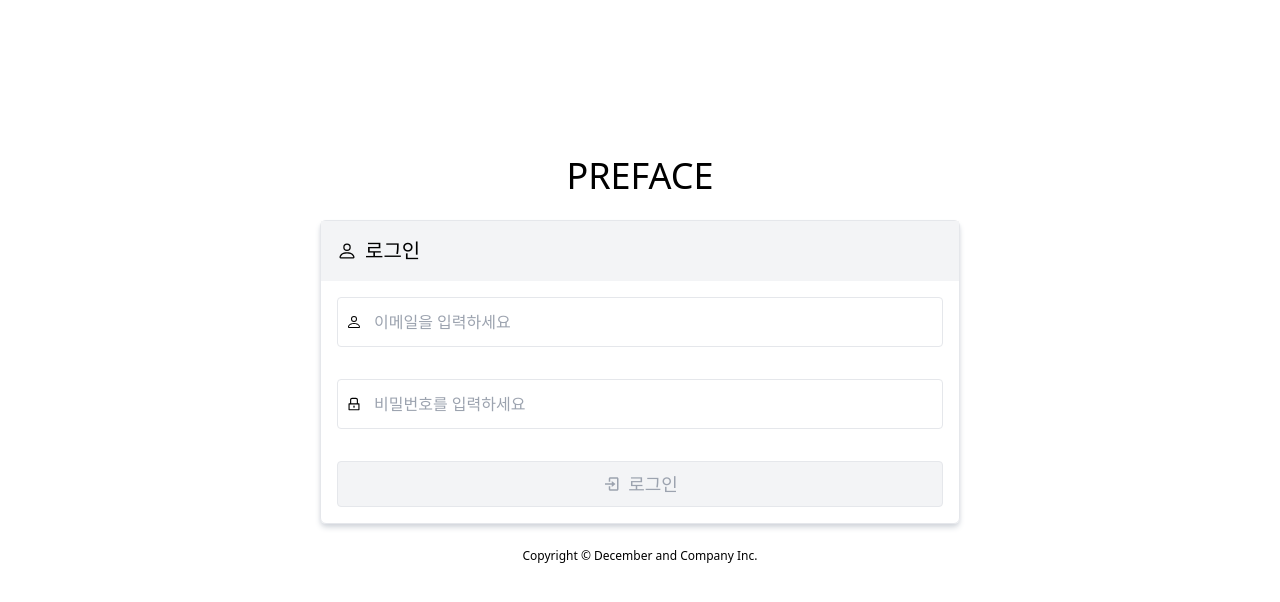
Repository: wanted-pre-onboarding-4/pre-onboarding-assignment-week-4-1-team-4
Page: /login (app in client/)
These files come from the project's save history. The page is drawn as it stood at one moment and after the next save; the edit follows.
The browser window is 1280 px wide. The pictures show the whole page.
The project was rebuilt for these pictures with package versions that can differ from the ones it lists, and the page was loaded fresh each time. Also part of the build but not shown: client/src/components/Footer.jsx, client/src/components/Header.jsx, client/src/components/Sider.jsx, client/src/components/Layout.jsx.

Above is the page before, as saved 2022-09-20 21:31:02.

After the next save:
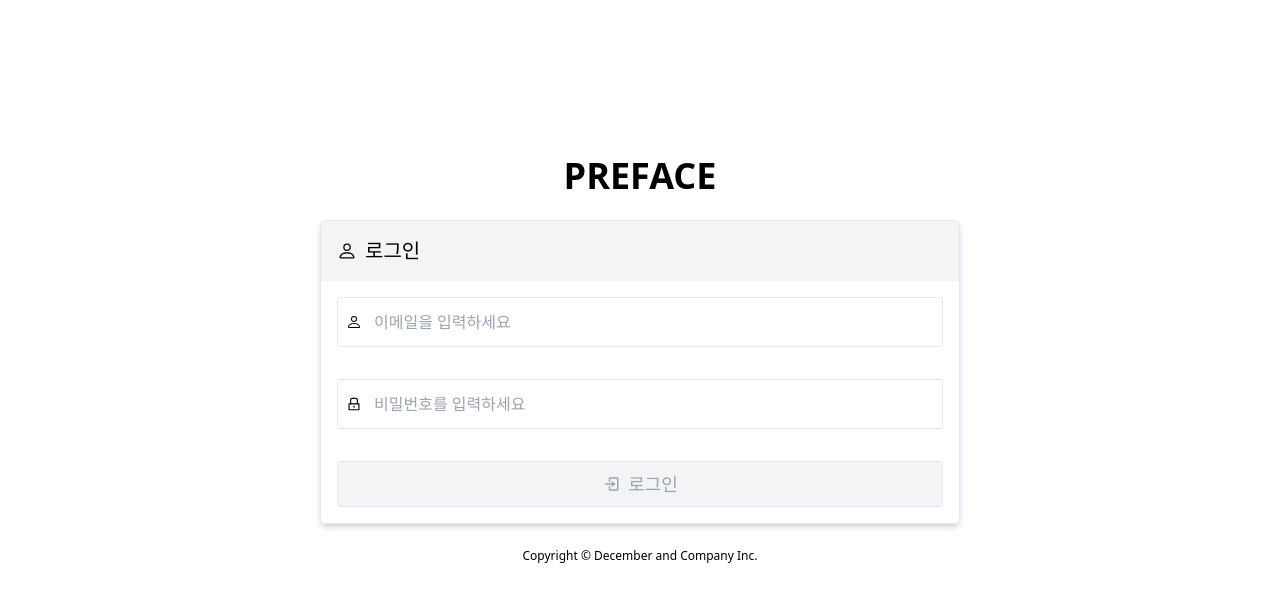
Saved 9 s later.
--- a/client/src/pages/login/Login.jsx
+++ b/client/src/pages/login/Login.jsx
@@ -6,7 +6,7 @@ import { BiLogIn } from 'react-icons/bi';
 const Login = () => {
   return (
     <div className='flex flex-col justify-center items-center w-full gap-y-6'>
-    <h1 className='text-4xl'>PREFACE</h1>
+    <h1 className='text-4xl font-bold'>PREFACE</h1>
       <div className='border-solid border-[1px] rounded-md shadow-md shadow-gray-300 w-1/2'>
         <div className="flex items-center justify-start space-x-2 p-4 font-medium text-xl bg-gray-100">
           <BsPerson />
